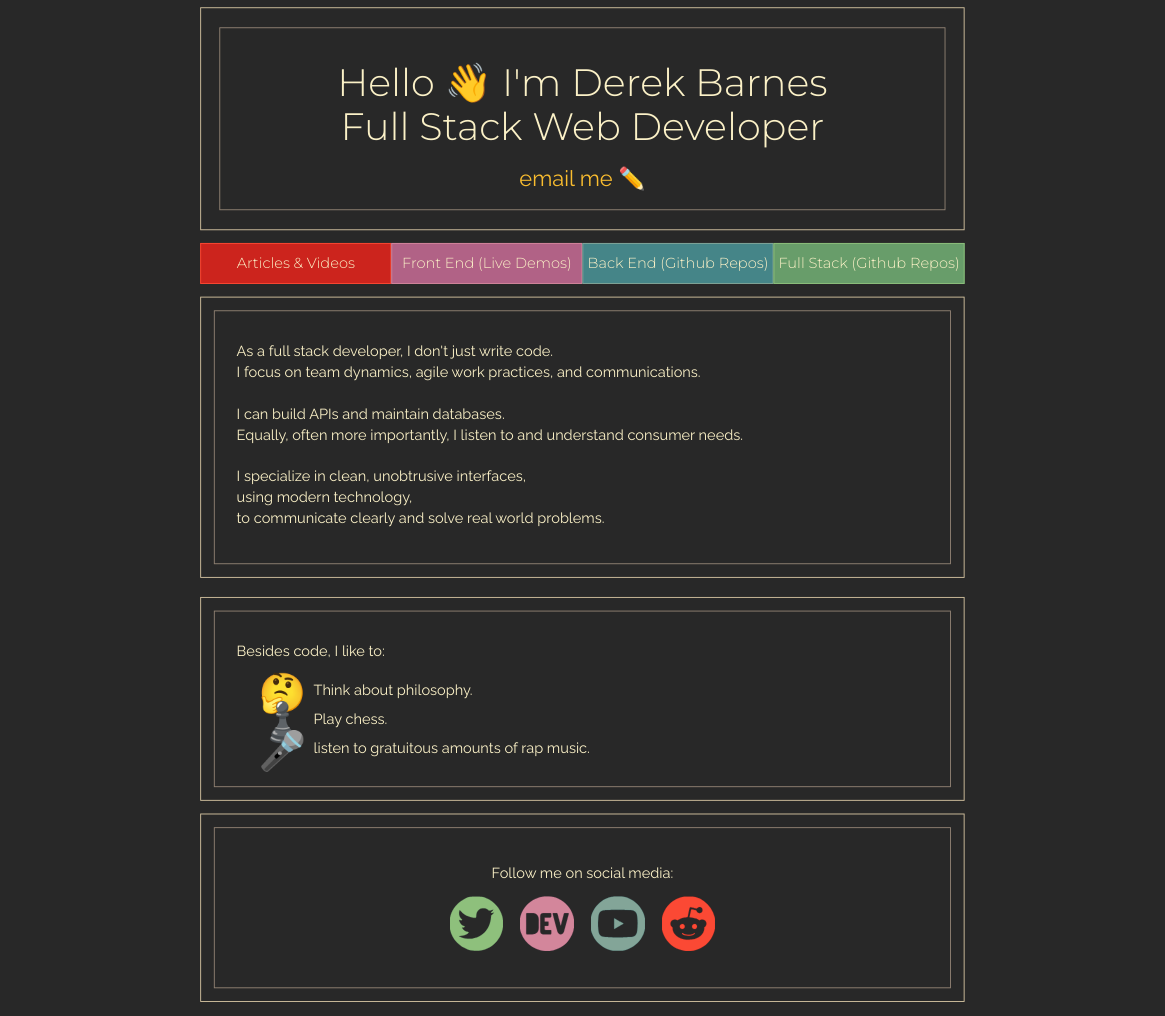
Repository: dsbarnes/groovy-blog
Page: index.html
An editor plug-in stored every save of this project. The page is shown before and after the next save, followed by the edit.
The browser window is 1280 px wide. The pictures show the whole page, at 91% of full size.
The style sheet was rebuilt from its Sass, Less or Tailwind sources for each picture, by a compiler version that may differ from the author's.

Above is the page before, as saved 2020-05-09 20:30:34.
Console error: TypeError: Cannot read properties of null (reading 'addEventListener')

After the next save:
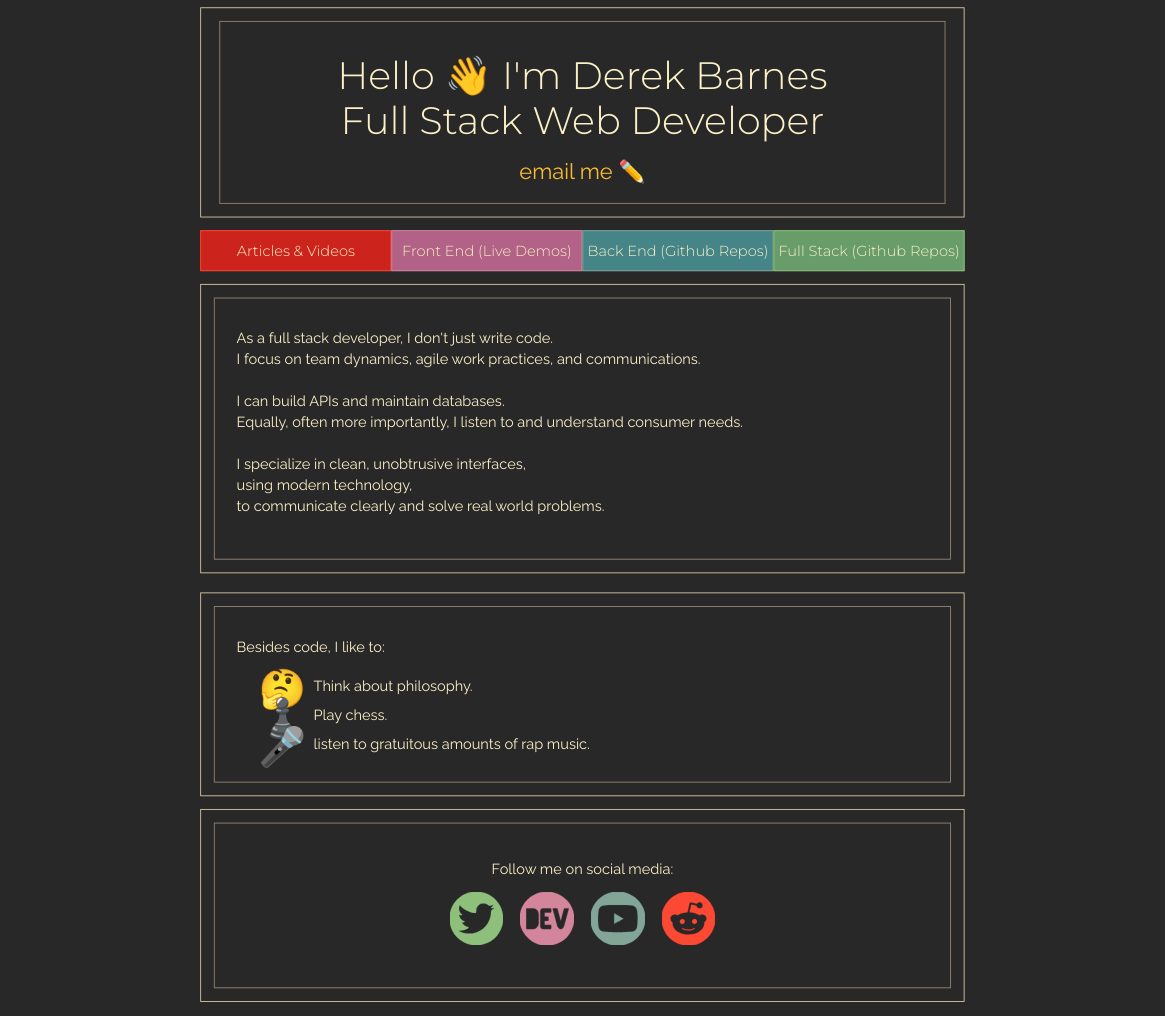
Saved 14 s later.
--- a/style.scss
+++ b/style.scss
@@ -80,7 +80,7 @@
 // Name Card
 #nameCard{
   border: 1px solid $outer-border;
-  padding: 7px;
+  // padding: 7px;
   text-align: center;
   line-height: $margin-pad-sizing/2;
 

After the save that followed:
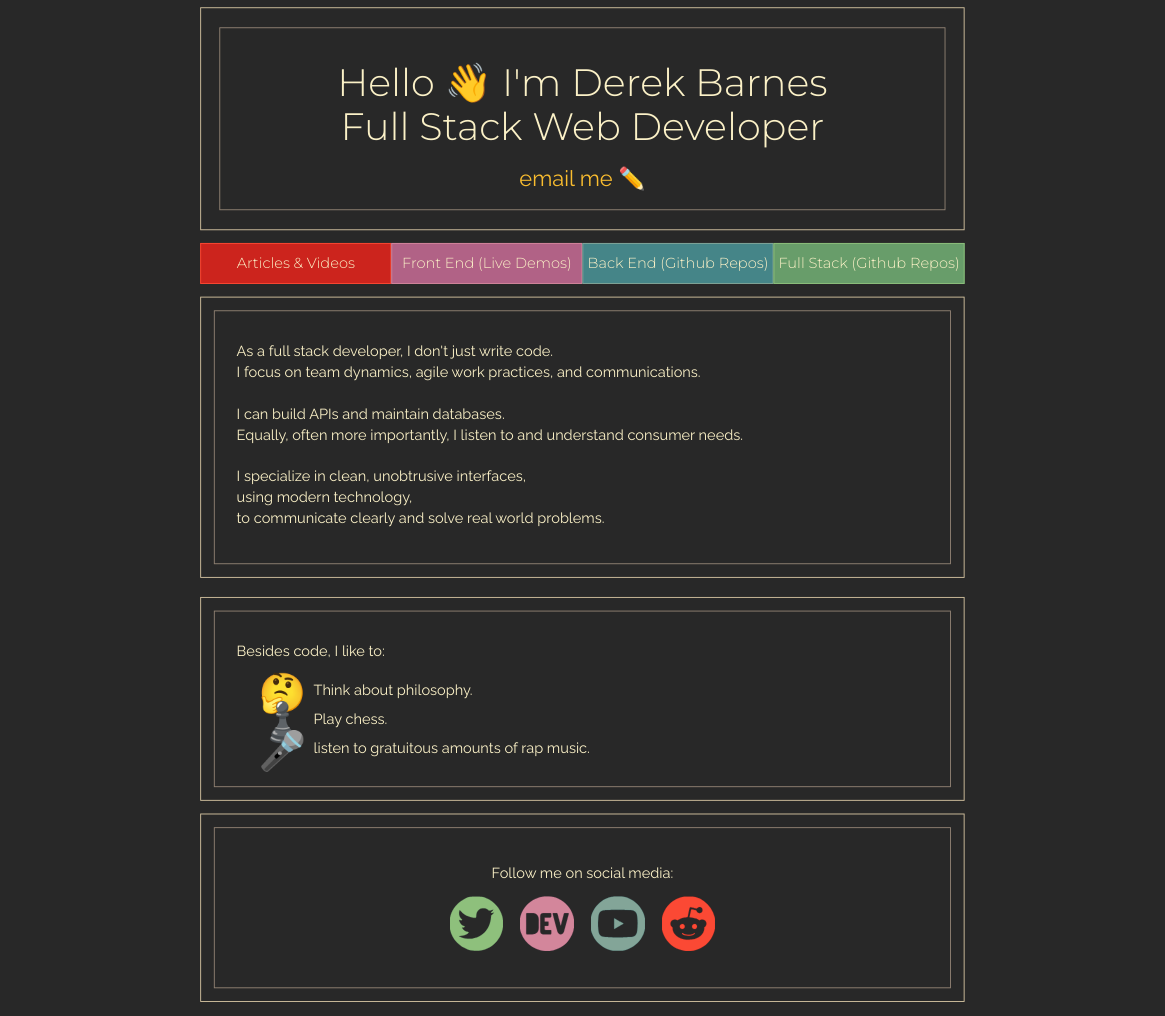
Saved 15 s later.
--- a/style.scss
+++ b/style.scss
@@ -80,7 +80,7 @@
 // Name Card
 #nameCard{
   border: 1px solid $outer-border;
-  // padding: 7px;
+  padding: 7px;
   text-align: center;
   line-height: $margin-pad-sizing/2;
 
